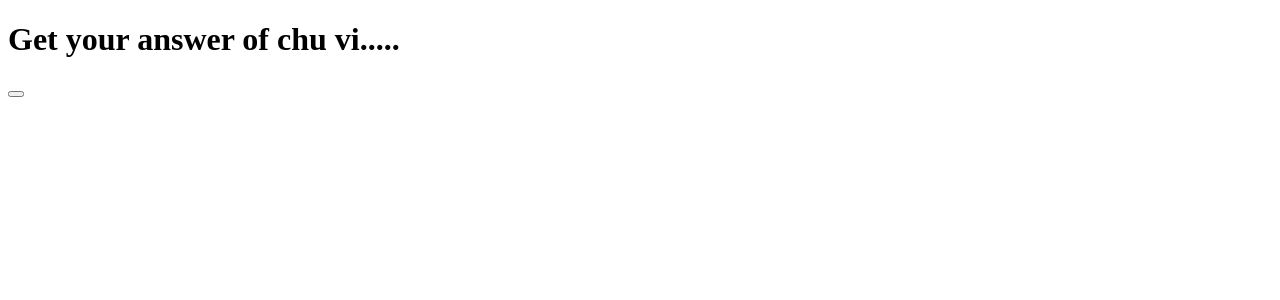
Repository: brightwhitesnow/brightwhitesnow.github.io
Page: Weba/lesson 1/chuvi.html
These files come from the project's save history. The page is drawn as it stood at one moment and after a run of saves; the edit follows.
The browser window is 1280 px wide. The pictures show the whole page.

Above is the page before, as saved 2021-03-28 12:15:04.

### Weba/lesson 1/chuvi.html
<!DOCTYPE html>
<html lang="en">
<head>
    <meta charset="UTF-8">
    <meta http-equiv="X-UA-Compatible" content="IE=edge">
    <meta name="viewport" content="width=device-width, initial-scale=1.0">
    <title>Tính chu vi</title>
</head>
<body>
    <h1>Get your answer of chu vi.....</h1>
    <button onclick="myfunction()"></button>
</body>
</html>

After the next 2 saves:
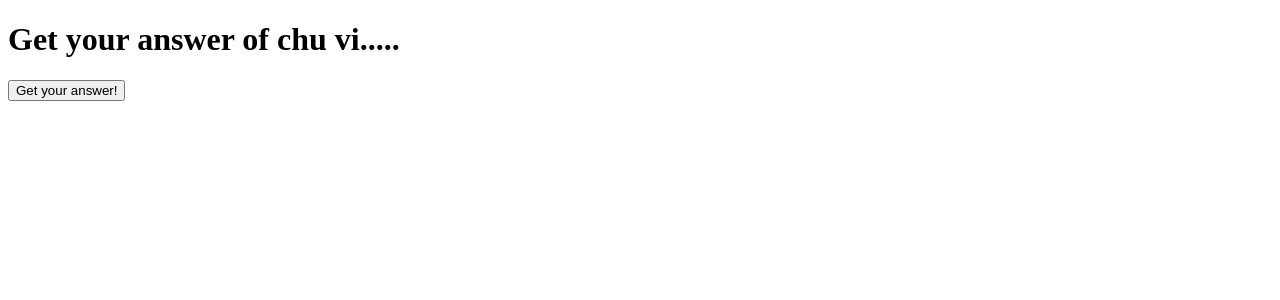
The 2 saves are shown as one change because they came seconds apart.
The last was saved 10 s later.
--- a/Weba/lesson 1/chuvi.html
+++ b/Weba/lesson 1/chuvi.html
@@ -8,6 +8,6 @@
 </head>
 <body>
     <h1>Get your answer of chu vi.....</h1>
-    <button onclick="myfunction()"></button>
+    <button onclick="myfunction()">Get your answer!</button>
 </body>
 </html>
